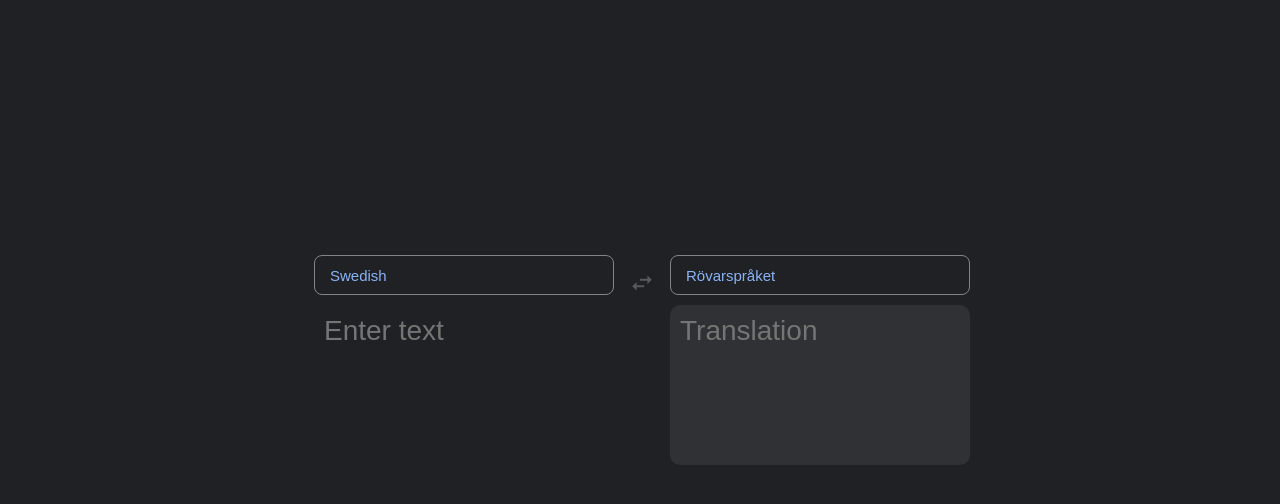
Repository: ShamroOoz/R-varspr-ket-Translator
Page: /
These files come from the project's save history. The page is drawn as it stood at one moment and after the next save; the edit follows.
The browser window is 1280 px wide. The pictures show the whole page.
The project was rebuilt for these pictures with package versions that can differ from the ones it lists, and the page was loaded fresh each time.

Above is the page before, as saved 2022-05-17 23:48:35.

### public/index.html
<!DOCTYPE html>
<html lang="en">
  <head>
    <meta charset="utf-8" />
    <link rel="icon" href="%PUBLIC_URL%/favicon.ico" />
    <meta name="viewport" content="width=device-width, initial-scale=1" />
    <meta name="theme-color" content="#000000" />
    <meta
      name="description"
      content="Web site created using create-react-app"
    />
    <link rel="apple-touch-icon" href="%PUBLIC_URL%/logo192.png" />
    <!--
      manifest.json provides metadata used when your web app is installed on a
      user's mobile device or desktop. See https://developers.google.com/web/fundamentals/web-app-manifest/
    -->
    <link rel="manifest" href="%PUBLIC_URL%/manifest.json" />
    <!--
      Notice the use of %PUBLIC_URL% in the tags above.
      It will be replaced with the URL of the `public` folder during the build.
      Only files inside the `public` folder can be referenced from the HTML.

      Unlike "/favicon.ico" or "favicon.ico", "%PUBLIC_URL%/favicon.ico" will
      work correctly both with client-side routing and a non-root public URL.
      Learn how to configure a non-root public URL by running `npm run build`.
    -->
    <title>Översättare - Rövarspråket</title>
  </head>
  <body>
    <noscript>You need to enable JavaScript to run this app.</noscript>
    <div id="root"></div>
    <!--
      This HTML file is a template.
      If you open it directly in the browser, you will see an empty page.

      You can add webfonts, meta tags, or analytics to this file.
      The build step will place the bundled scripts into the <body> tag.

      To begin the development, run `npm start` or `yarn start`.
      To create a production bundle, use `npm run build` or `yarn build`.
    -->
  </body>
</html>

### src/index.css
* {
  font-family: arial, sans-serif;
}

body {
  margin: 0;
  background-color: #202124;
  display: flex;
  justify-content: center;
  height: 100vh;
  align-items: center;
}

.app {
  display: flex;
  width: 652px;
  height: 210px;
  border-radius: 4px;
}

.output,
.input {
  display: flex;
  flex-direction: column;
  width: 300px;
}

textarea {
  background-color: transparent;
  color: #bdc1c6;
  border: none;
  resize: none;
  padding: 10px;
  width: 280px !important;
  height: 146px;
  border-radius: 10px;
  outline: none;
  overflow: auto;
  font-size: 28px;
  margin-top: 10px;
}

.output textarea {
  background-color: #303134;
}

.arrow-container {
  padding: 15px;
  cursor: pointer;
}
.arrow-container svg:hover {
  fill: #fff;
}

.arrow-container svg {
  width: 26px;
  height: 26px;
  fill: #5a5a5d;
}

input {
  border: 1px solid #818588;
  border-radius: 8px;
  box-sizing: border-box;
  color: #bdc1c6;
  font-size: 14px;
  height: 40px;
  background-color: transparent;
  width: 100%;
}

.select-drop-down input {
  color: #8ab4f8;
  padding: 5px 15px;
  font-size: 15px;
}

.input .delete {
  position: relative;
  left: 260px;
  top: -110px;
  font-size: 50px;
  color: #bdc1c6;
  cursor: pointer;
}
.input .delete:hover {
  color: #8ab4f8;
}

### src/App.js
/* eslint-disable react/style-prop-object */
import { useState, useEffect, useMemo } from "react";
import TextBox from "./components/TextBox";
import Arrows from "./components/Arrows";

function App() {
  const [inputLanguage, setInputLanguage] = useState("Swedish");
  const [outputLanguage, setOutputLanguage] = useState("Rövarspråket");
  const [textToTranslate, setTextToTranslate] = useState("");
  const [translatedText, setTranslatedText] = useState("");

  useEffect(() => {
    if (textToTranslate) {
      setTranslatedText(
        outputLanguage === "Rövarspråket" ? encoded() : decoded()
      );
    }
    // eslint-disable-next-line react-hooks/exhaustive-deps
  }, [textToTranslate]);

  const encoded = useMemo(
    () => () => {
      let consonants = "BbCcDdFfGgHhJjKkLlMmNnPpQqRrSsTtVvWwXxYyZz";
      let new_word = [];
      for (let x of textToTranslate) {
        consonants.includes(x) ? new_word.push(x + "o" + x) : new_word.push(x);
      }
      return new_word.join("");
    },
    [textToTranslate]
  );

  const decoded = useMemo(
    () => () => {
      let consonants = "BbCcDdFfGgHhJjKkLlMmNnPpQqRrSsTtVvWwXxYyZz";
      let new_word = "";
      let index = 0;
      while (index < textToTranslate.length) {
        new_word += textToTranslate[index];
        consonants.includes(textToTranslate[index])
          ? (index += 3)
          : (index += 1);
      }
      return new_word;
    },
    [textToTranslate]
  );

  const handleClick = () => {
    setInputLanguage(outputLanguage);
    setOutputLanguage(inputLanguage);
    if (textToTranslate && translatedText) {
      setTextToTranslate(translatedText);
    }
  };

  return (
    <div className="app">
      <TextBox
        style="input"
        selectedLanguage={inputLanguage}
        setTextToTranslate={setTextToTranslate}
        textToTranslate={textToTranslate}
        setTranslatedText={setTranslatedText}
      />
      <div className="arrow-container" onClick={handleClick}>
        <Arrows />
      </div>
      <TextBox
        style="output"
        selectedLanguage={outputLanguage}
        translatedText={translatedText}
      />
    </div>
  );
}

export default App;

### src/components/TextBox.js
import SelectDropDown from "./SelectDropDown";

const TextBox = ({
  style,
  selectedLanguage,
  setTextToTranslate,
  textToTranslate,
  translatedText,
  setTranslatedText,
}) => {
  const handleClick = () => {
    setTextToTranslate("");
    setTranslatedText("");
  };
  return (
    <div className={style}>
      <SelectDropDown selectedLanguage={selectedLanguage} />
      <textarea
        disabled={style === "output"}
        className={style}
        placeholder={style === "input" ? "Enter text" : "Translation"}
        onChange={(e) => setTextToTranslate(e.target.value)}
        value={style === "input" ? textToTranslate : translatedText}
      />
      {style === "input" && textToTranslate && (
        <div className="delete" onClick={handleClick}>
          ˟
        </div>
      )}
    </div>
  );
};

export default TextBox;

### src/components/Arrows.js
const Arrows = () => {
  return (
    <svg
      focusable="false"
      xmlns="http://www.w3.org/2000/svg"
      viewBox="0 0 24 24"
    >
      <path d="M6.99 11L3 15l3.99 4v-3H14v-2H6.99v-3zM21 9l-3.99-4v3H10v2h7.01v3L21 9z"></path>
    </svg>
  );
};

export default Arrows;

### src/components/SelectDropDown.js
const SelectDropDown = ({ selectedLanguage }) => {
  return (
    <div className="select-drop-down">
      <input value={selectedLanguage} />
    </div>
  );
};

export default SelectDropDown;

Loaded but not shown: src/index.js (common file)

After the next save:
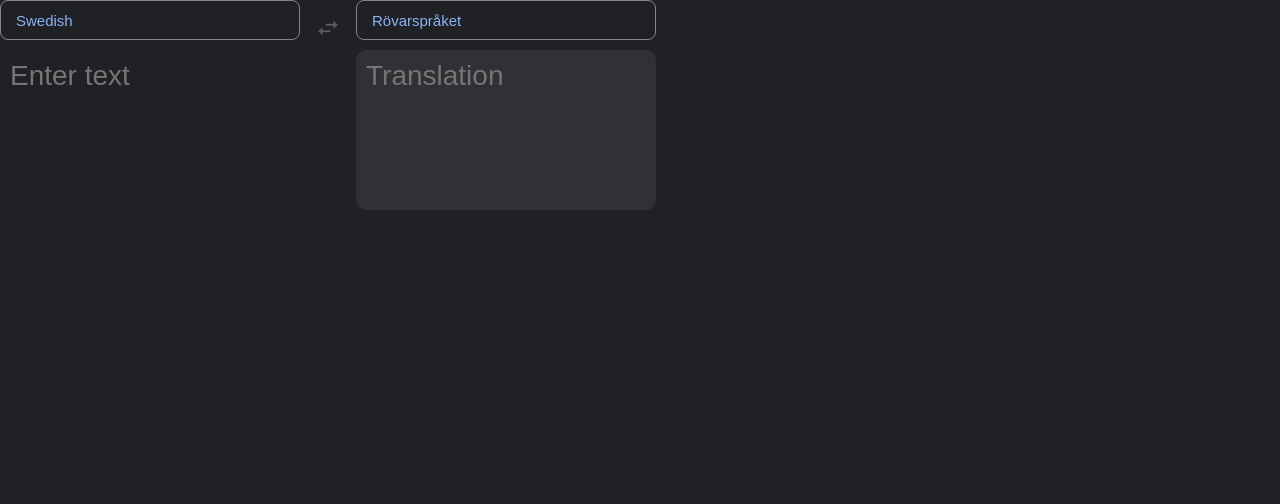
Saved 19 s later.
--- a/src/index.css
+++ b/src/index.css
@@ -5,10 +5,6 @@
 body {
   margin: 0;
   background-color: #202124;
-  display: flex;
-  justify-content: center;
-  height: 100vh;
-  align-items: center;
 }
 
 .app {

After the save that followed:
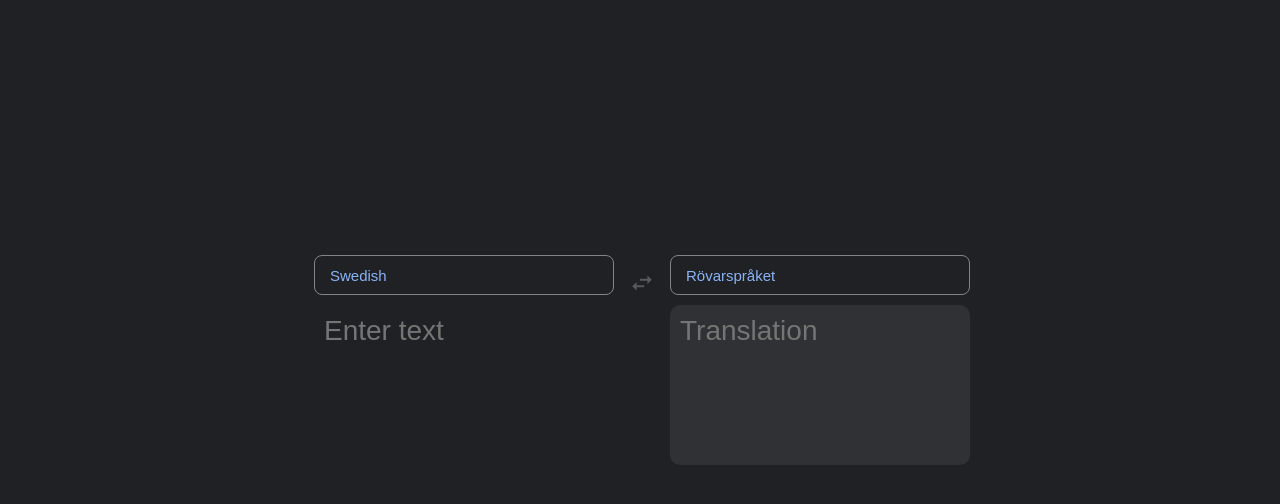
Saved 5 s later.
--- a/src/index.css
+++ b/src/index.css
@@ -5,6 +5,10 @@
 body {
   margin: 0;
   background-color: #202124;
+  display: flex;
+  justify-content: center;
+  height: 100vh;
+  align-items: center;
 }
 
 .app {
